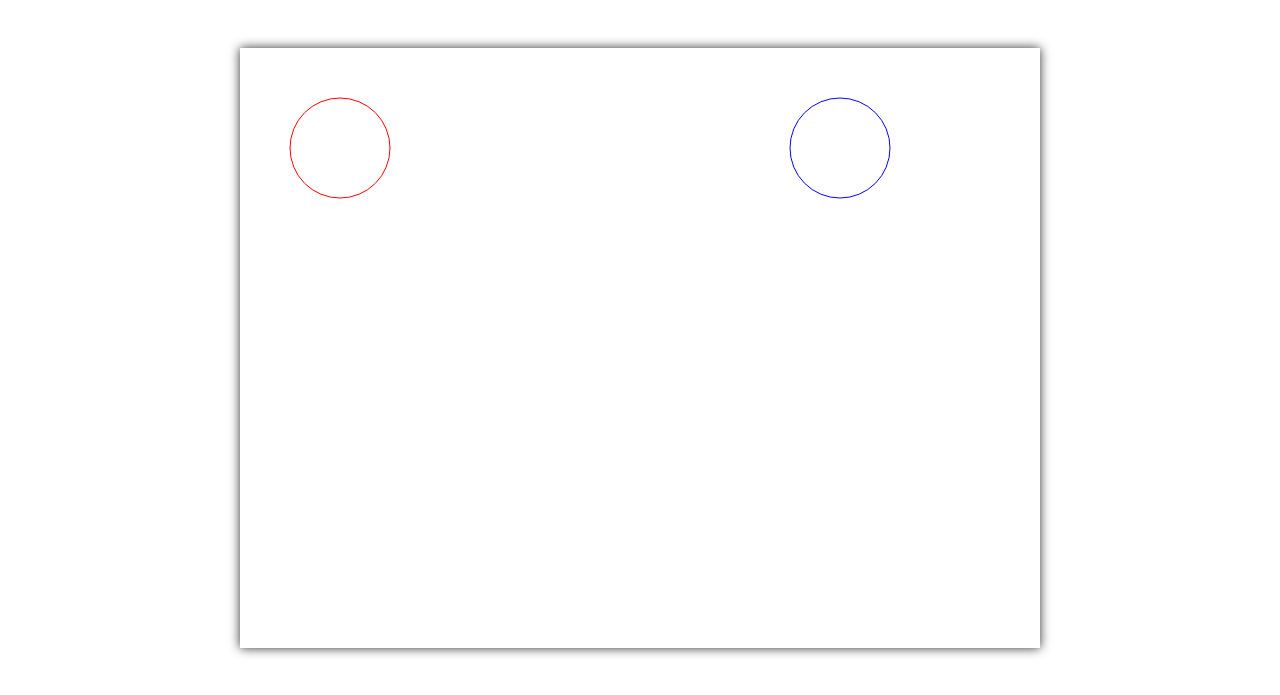
Repository: fangYiYuan/javascript-
Page: canvas/10.圆形碰撞.html
The author's editor kept a copy of each file at every save. The page is drawn from the files as they stood at one save, then again after the next save.
The browser window is 1280 px wide. The pictures show the whole page.

Above is the page before, as saved 2020-04-15 10:47:52.

After the next save:
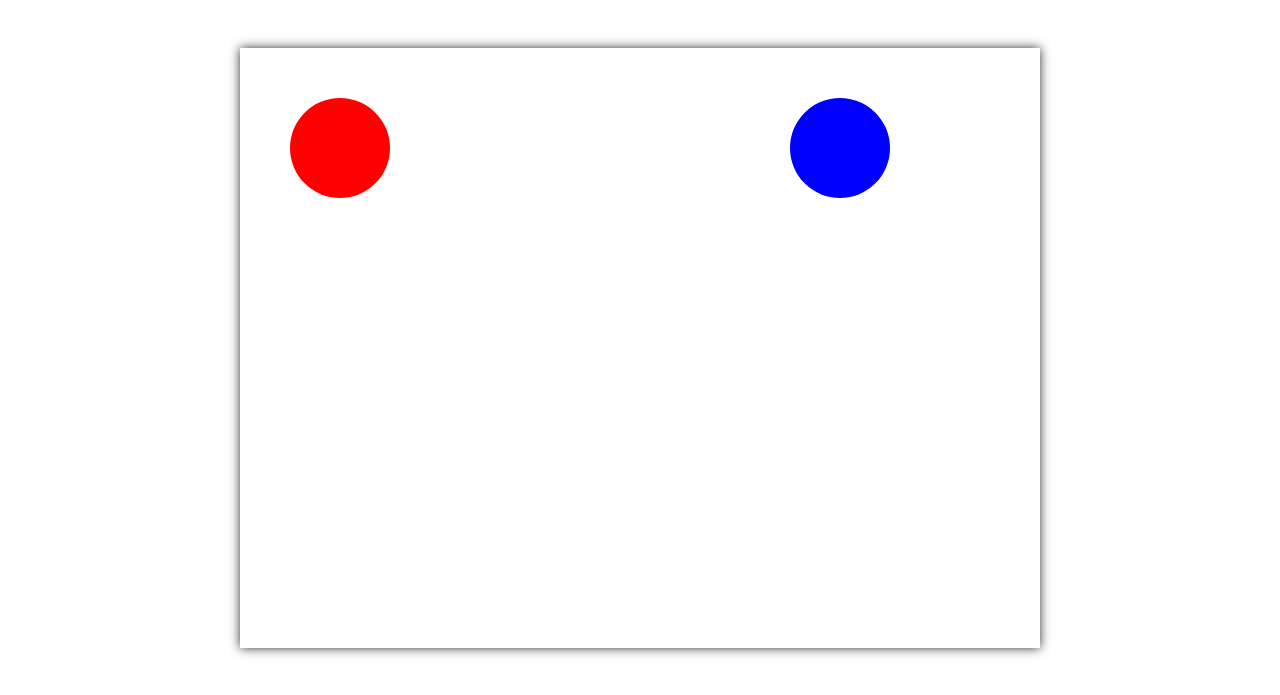
Saved 8 s later.
--- a/canvas/10.圆形碰撞.html
+++ b/canvas/10.圆形碰撞.html
@@ -32,9 +32,9 @@
   }
   Ball.prototype.draw = function () {
     con.beginPath()
-    con.strokeStyle = this.color
+    con.fillStyle = this.color
     con.arc(this.x, this.y, this.r, 0, Math.PI * 2)
-    con.stroke()
+    con.fill()
   }
   Ball.prototype.move = function () {
     this.x += this.speed
